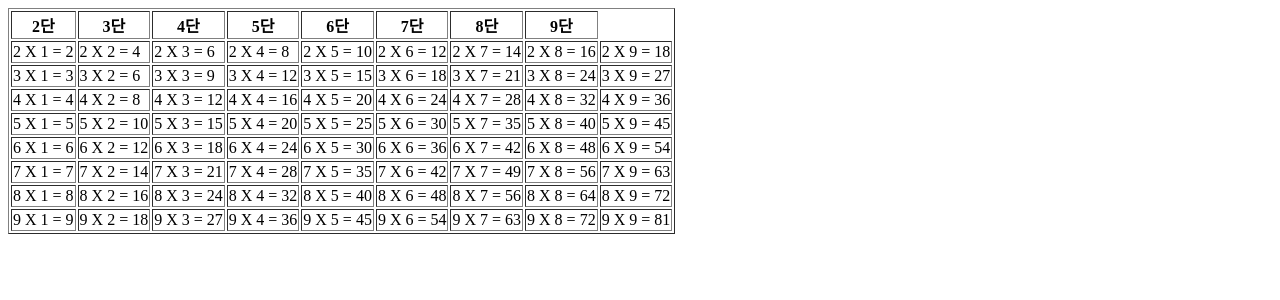
Repository: kkw3202/Jsp2026
Page: http://localhost/chapter01/example_gugudan.jsp
These files come from the project's save history. The page is drawn as it stood at one moment and after the next save; the edit follows.
The browser window is 1280 px wide. The pictures show the whole page.
The page is served by Tomcat 9.

Above is the page before, as saved 2026-10-16 03:21:09.

### chapter01/src/main/webapp/example_gugudan.jsp
<%@ page language="java" contentType="text/html; charset=UTF-8"
    pageEncoding="UTF-8" import="java.util.*"%>
<!DOCTYPE html>
<html>
<head>
<meta charset="UTF-8">
<title>Insert title here</title>
</head>
<body>
	<table border="1px">
		<thead>
			<tr>
				<%
					for(int i = 2; i<10; i++){
						out.print("<th>" + i + "단</th>");
					}

				%>
			</tr>
		</thead>
		<tbody>
			<%
				for (int i = 2; i < 10; i++) {
					out.print("<tr>");
					for (int j = 1; j < 10; j++){
						out.print("<td>" + i + " X " + j + " = " + i*j + "</td>");
					}
					out.print("</tr>");
				}
			%>
		</tbody>
	</table>
</body>
</html>

After the next save:
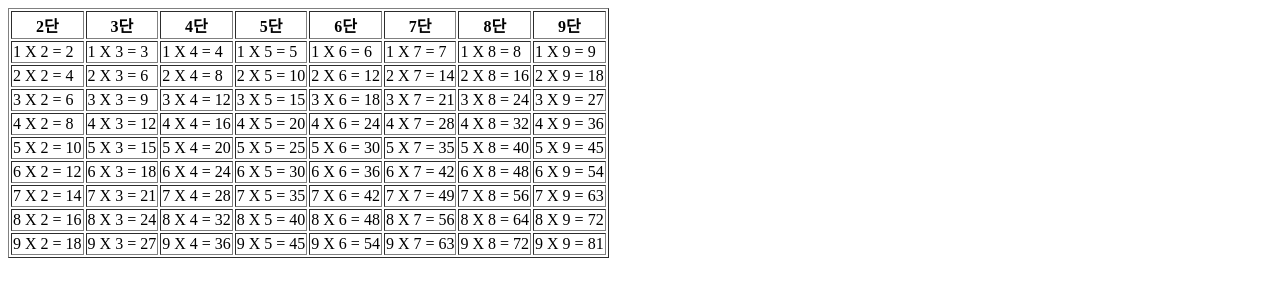
Saved 43 min 45 s later.
--- a/chapter01/src/main/webapp/example_gugudan.jsp
+++ b/chapter01/src/main/webapp/example_gugudan.jsp
@@ -20,9 +20,9 @@
 		</thead>
 		<tbody>
 			<%
-				for (int i = 2; i < 10; i++) {
+				for (int i = 1; i < 10; i++) {
 					out.print("<tr>");
-					for (int j = 1; j < 10; j++){
+					for (int j = 2; j < 10; j++){
 						out.print("<td>" + i + " X " + j + " = " + i*j + "</td>");
 					}
 					out.print("</tr>");

After the save that followed:
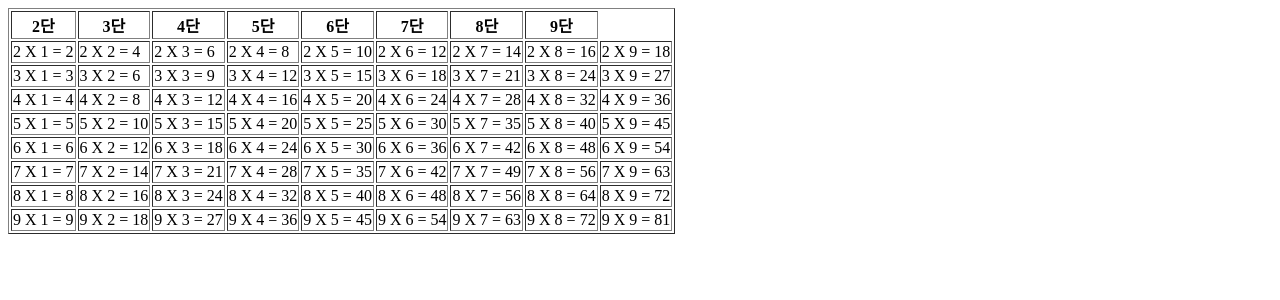
Saved 12 s later.
--- a/chapter01/src/main/webapp/example_gugudan.jsp
+++ b/chapter01/src/main/webapp/example_gugudan.jsp
@@ -20,9 +20,9 @@
 		</thead>
 		<tbody>
 			<%
-				for (int i = 1; i < 10; i++) {
+				for (int i = 2; i < 10; i++) {
 					out.print("<tr>");
-					for (int j = 2; j < 10; j++){
+					for (int j = 1; j < 10; j++){
 						out.print("<td>" + i + " X " + j + " = " + i*j + "</td>");
 					}
 					out.print("</tr>");
